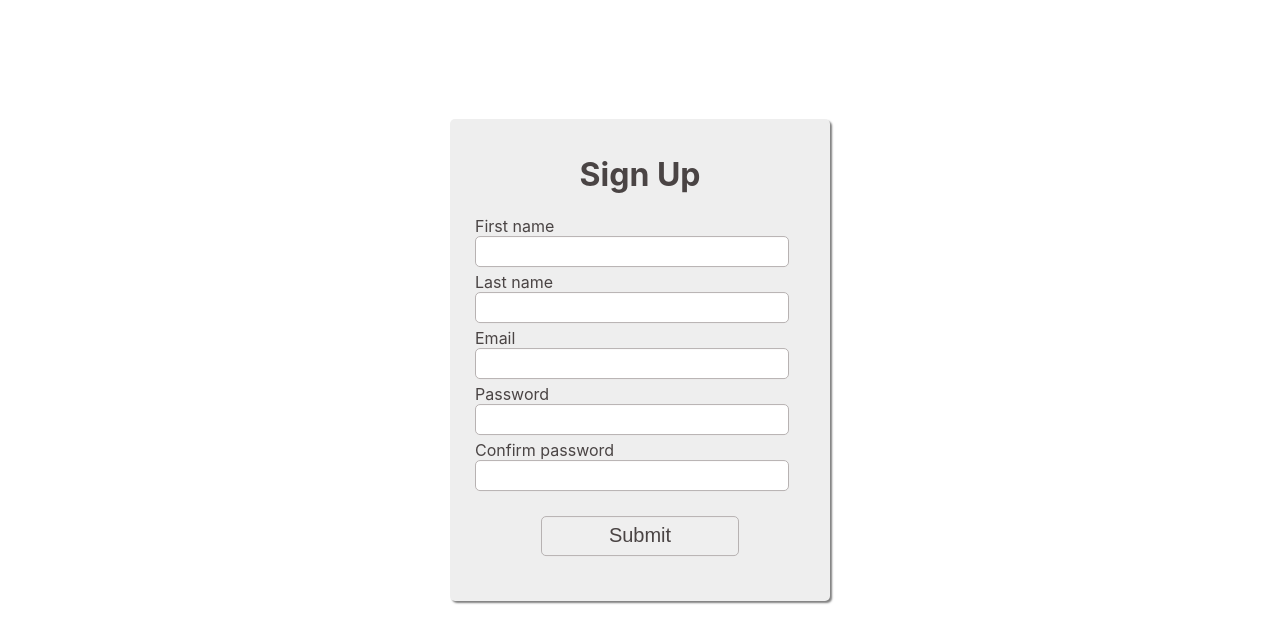
Repository: khamraeva/JSP-homework1-sighup
Page: /
The author's editor kept a copy of each file at every save. The page is drawn from the files as they stood at one save, then again after the next save.
The browser window is 1280 px wide. The pictures show the whole page.
The project was rebuilt for these pictures with package versions that can differ from the ones it lists, and the page was loaded fresh each time.

Above is the page before, as saved 2020-07-22 19:49:11.

### src/App.js
import React from 'react';
import SignUp from './Components/SignUp/SignUp';


function App() {
  return (
    <div className="App">
      <SignUp />
    </div>
  );
}

export default App;

### src/Components/SignUp/SignUp.js
import React, { Component } from 'react';
import Input from '../Input/Input';
import './SignUp.css';


class SignUp extends Component {
    state = {
        formControls: {
                firstName: {
                    value: '',
                    label: 'First name',
                    type:'text'
                },
                lastName: {
                    value: '',
                    label: 'Last name',
                    type:'text'
                },
                email: {
                    value: '',
                    type: 'email',
                    label: 'Email',
                    // errorMessage: 'Введите корректный email',
                    // valid: false,
                    // touched: false,
                    // validation: {
                    //     required: true,
                    //     email: true
                    // }
                },
                password: {
                    value: '',
                    type: 'Password',
                    label: 'Password',
                    // errorMessage: 'Введите корректный пароль',
                    // valid: false,
                    // touched: false,
                    // validation: {
                    //     required: true,
                    //     minLength: 6
                },
                confirmPassword: {
                    label: 'Confirm password',
                    type:'password'
                }
            }
        }


    submitHandler = event => {
        event.preventDefault();
    }

    onChangeHandler = (event, controlName) => {
        const formControls = { ...this.state.formControls};
        const control = { ...formControls[controlName] };

        control.value = event.target.value;
        control.touched = true;
        control.valid = this.validateControl(control.value, control.validation);

        formControls[controlName] = control;

        this.setState({
            formControls
        })
    }

    render() {
        return (
            <div className={'signup-container'}>
                <h1>Sign Up</h1>
                <form
                    onSubmit={this.submitHandler}
                    className={'signup-form'}>
                 {Object.keys(this.state.formControls).map((controlName, index) => {
                     const control = this.state.formControls[controlName];
                        return (
                            < Input
                                key={controlName + index}
                                type={control.type}
                                value={control.value}
                                label={control.label}
                                onChange={event => this.onChangeHandler(event, controlName)}
                            />
                        )
                    })
                }
                    <div className='btn-wrapper'>
                        <button>Submit</button>
                    </div>
                </form>
            </div>
        )
    }
}

export default SignUp

### src/Components/Input/Input.js
import React from 'react';
import './Input.css';

const Input = (props) => {
    const inputType = props.type || 'text';
    return (
        <>
            <label className='label'>{props.label}</label>
            <input
                className='input'
                type={inputType}
                value={props.value}
            />
        </>
    );
}

export default Input

### src/Components/SignUp/SignUp.css
.signup-container {
    padding: 50px;
    background: #ccc;
    position: fixed; top: 50%; left: 50%;
    transform: translate(-50%, -50%);
    width: 350px;
    background: #eee;
    box-shadow: 2px 2px 2px rgba(0, 0, 0, .5);
    padding: 15px;
    border-radius: 5px;
}

.signup-container h1 {
    text-align: center;
    color: rgb(74, 68, 68);
}

.signup-form {
    margin: 10px;
}



.btn-wrapper {
    display: flex;
    justify-content: center;
}

.btn-wrapper button {
    color: rgb(74, 68, 68);
    font-size: 20px;
    width: 60%;
    height: 40px;
    margin: 20px 0;
    border-radius: 5px;
    border: 1px solid rgb(183, 178, 178);
}

.btn-wrapper button:hover {
    background-color: rgba(183, 178, 178, .6);
    transition: all .3s ease-in-out;
}

.btn-wrapper button:focus {
    outline: none;
    }

.btn-wrapper button:active {
        box-shadow: inset 2px 2px 1px rgba(0, 0, 0, .3);
    }

### src/Components/Input/Input.css
label {
    color: rgb(74, 68, 68);
}

.input {
    display: block;
    box-sizing: border-box;
    border: 1px solid #bebebe;
    padding: 7px;
    margin: 0 0 5px;
    width: 95%;
    outline: none;
    border-radius: 5px;
    border: 1px solid rgb(183, 178, 178);
}

Loaded but not shown: public/index.html (common file); src/index.js (common file); src/index.css (common file); src/serviceWorker.js (common file)

After the next save:
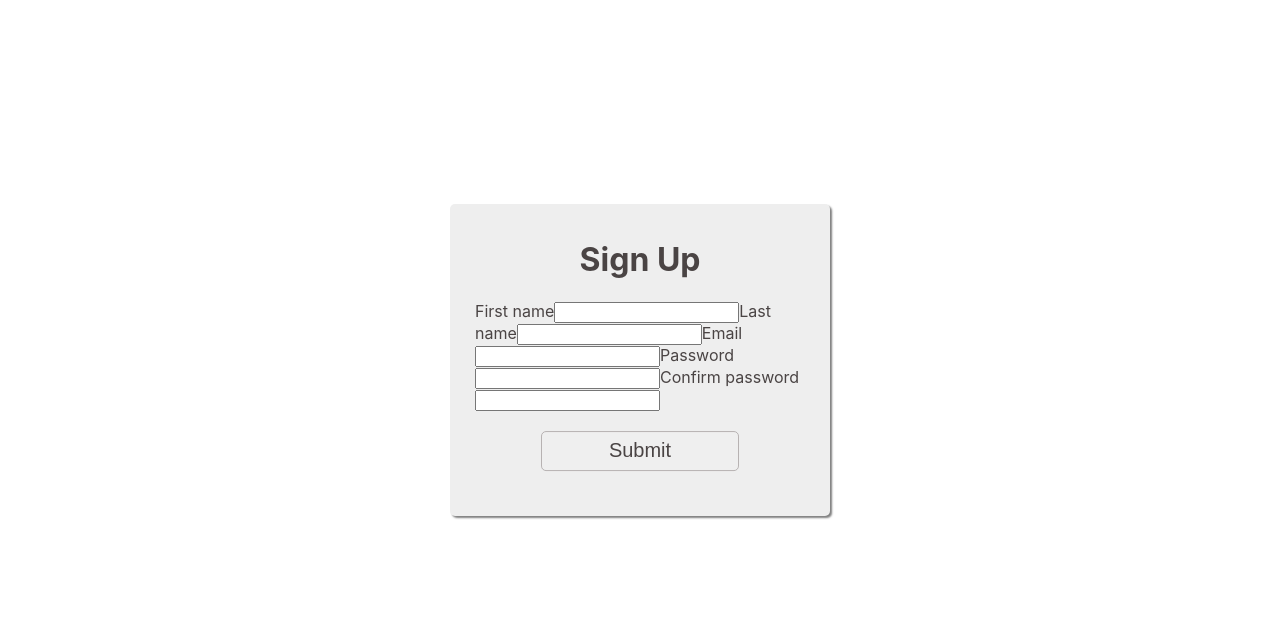
Saved 40 s later.
--- a/src/Components/Input/Input.js
+++ b/src/Components/Input/Input.js
@@ -3,11 +3,12 @@
 
 const Input = (props) => {
     const inputType = props.type || 'text';
+    const cls = ['nput'];
     return (
         <>
             <label className='label'>{props.label}</label>
             <input
-                className='input'
+                className={cls}
                 type={inputType}
                 value={props.value}
             />

After the save that followed:
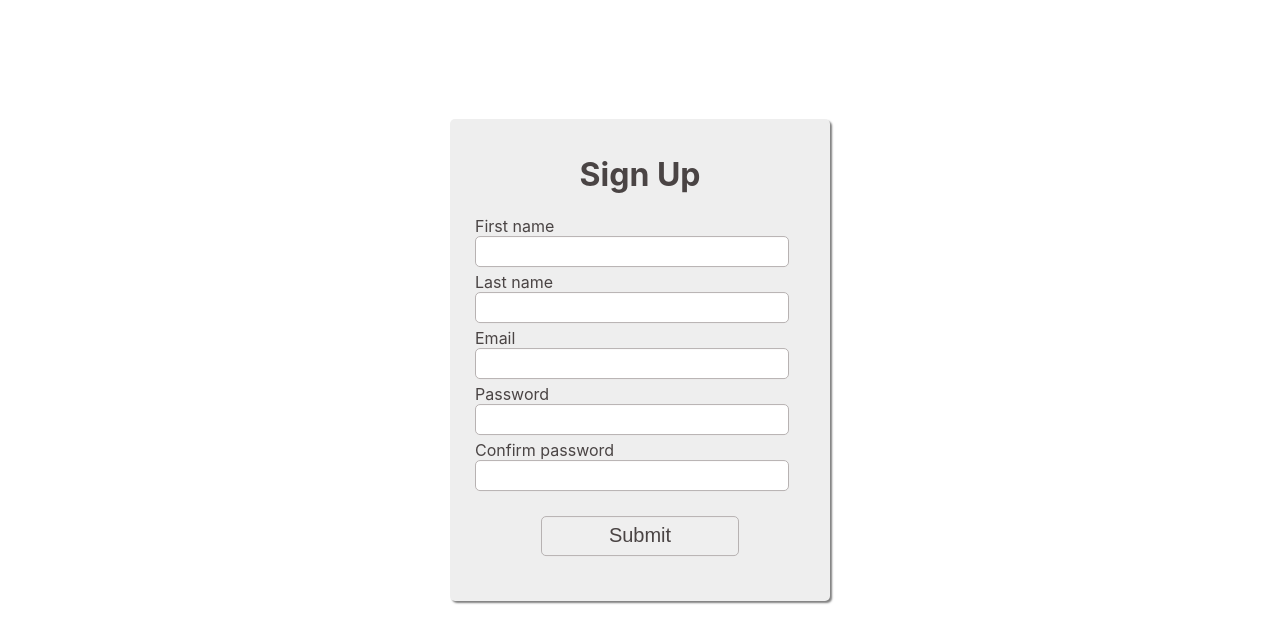
Saved 8 s later.
--- a/src/Components/Input/Input.js
+++ b/src/Components/Input/Input.js
@@ -3,7 +3,7 @@
 
 const Input = (props) => {
     const inputType = props.type || 'text';
-    const cls = ['nput'];
+    const cls = ['input'];
     return (
         <>
             <label className='label'>{props.label}</label>
